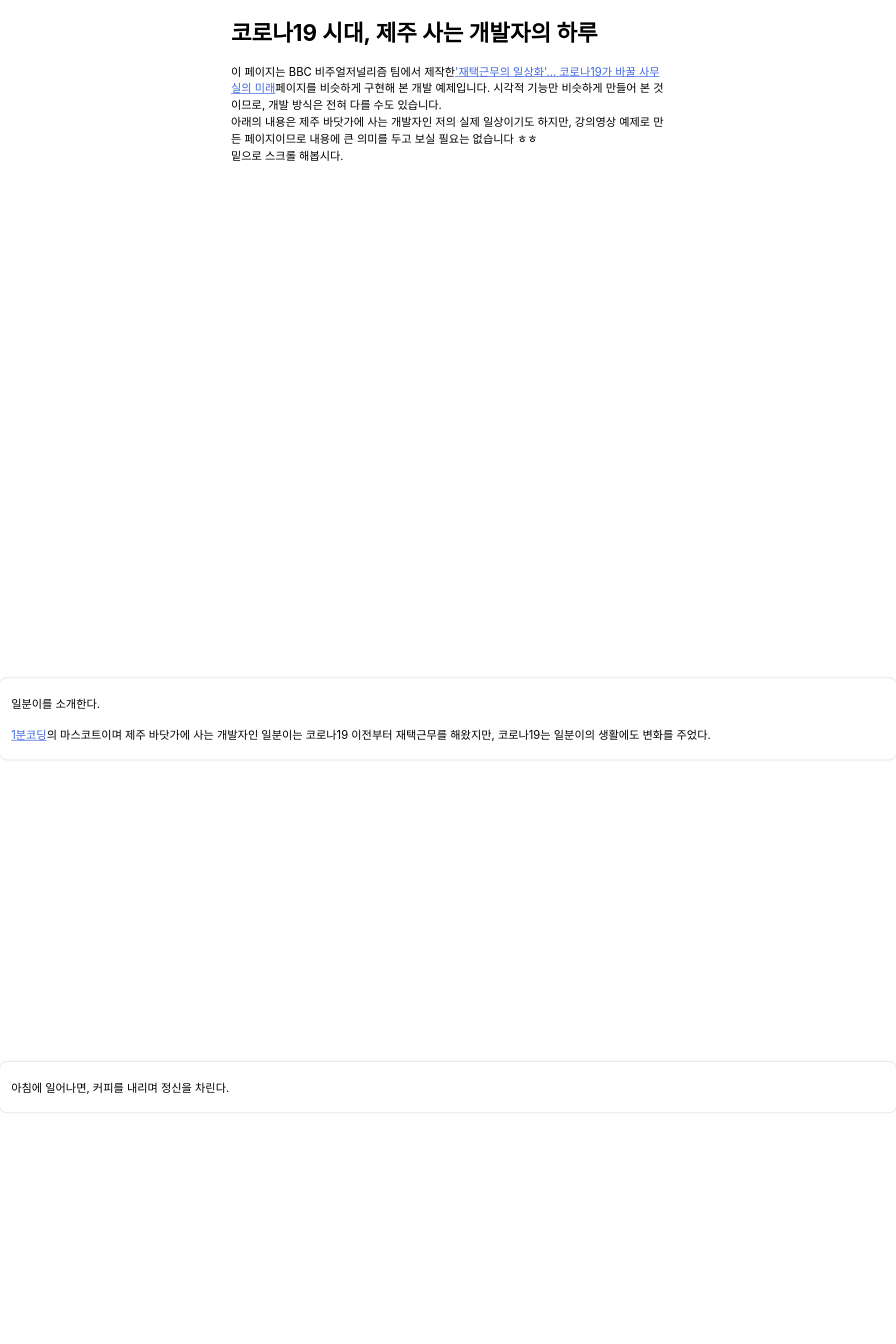
Repository: westone034626/ReactPractice
Page: /
The author's editor kept a copy of each file at every save. The page is drawn from the files as they stood at one save, then again after the next save.
The browser window is 1280 px wide. The pictures show the part of the page from y = 0 to 1920 px (the page is 6453 px tall), at 70% of full size.
The project was rebuilt for these pictures with package versions that can differ from the ones it lists, and the page was loaded fresh each time. Also part of the build but not shown: src/App.css.

Above is the page before, as saved 2021-10-31 23:31:32.

### src/App.js
import './App.css';
import styles from './App.module.css';

function App() {
  return (
    <div className={styles.body}>
      <div className={styles.header}>
        <div className={styles.globalWidth}>
          <h1 className={styles.pageTitle}>
            코로나19 시대, 제주 사는 개발자의 하루
          </h1>
          <p>
            이 페이지는 BBC 비주얼저널리즘 팀에서 제작한
            <a
              href="https://www.bbc.com/korean/resources/idt-48d3c9a7-4063-4289-9726-611b5ea9d7b5"
              target="_blank"
            >
              '재택근무의 일상화'... 코로나19가 바꿀 사무실의 미래
            </a>
            페이지를 비슷하게 구현해 본 개발 예제입니다. 시각적 기능만 비슷하게
            만들어 본 것이므로, 개발 방식은 전혀 다를 수도 있습니다.
            <br />
            아래의 내용은 제주 바닷가에 사는 개발자인 저의 실제 일상이기도
            하지만, 강의영상 예제로 만든 페이지이므로 내용에 큰 의미를 두고 보실
            필요는 없습니다 ㅎㅎ
            <br />
            밑으로 스크롤 해봅시다.
          </p>
        </div>
      </div>
      <div className={styles.scrollContent}>
        <div className={styles.scrollGraphic}>
          <div className={styles.graphicItem}>
            <img className={styles.sceneImg} src="img/00.png" alt="" />
          </div>
          <div className={styles.graphicItem}>
            <img className={styles.sceneImg} src="img/01.png" alt="" />
          </div>
          <div className={styles.graphicItem} data-action="birdFlies">
            <img className={styles.sceneImg} src="img/02.png" alt="" />
          </div>
          <div className={styles.graphicItem}>
            <img className={styles.sceneImg} src="img/bird.gif" alt="" />
          </div>
          <div className={styles.graphicItem}>
            <img className={styles.sceneImg} src="img/03.png" alt="" />
          </div>
          <div className={styles.graphicItem} data-action="birdFlies2">
            <img className={styles.sceneImg} src="img/04.png" alt="" />
          </div>
          <div className={styles.graphicItem}>
            <img className={styles.sceneImg} src="img/05.png" alt="" />
          </div>
          <div className={styles.graphicItem}>
            <img className={styles.sceneImg} src="img/06.png" alt="" />
          </div>
          <div className={styles.graphicItem}>
            <img className={styles.sceneImg} src="img/07.png" alt="" />
          </div>
          <div className={styles.graphicItem}>
            <img className={styles.sceneImg} src="img/08.png" alt="" />
          </div>
        </div>
        <div className={[styles.scrollText, styles.globalWidth]}>
          <div className={styles.step}>
            <p>
              일분이를 소개한다.
              <br />
              <br />
              <a href="https://studiomeal.com" target="_blank">
                1분코딩
              </a>
              의 마스코트이며 제주 바닷가에 사는 개발자인 일분이는 코로나19
              이전부터 재택근무를 해왔지만, 코로나19는 일분이의 생활에도 변화를
              주었다.
            </p>
          </div>
          <div className={styles.step}>
            <p>아침에 일어나면, 커피를 내리며 정신을 차린다.</p>
          </div>
          <div className={styles.step}>
            <p>
              사회적 거리두기를 위해 한적한 바닷길쪽으로 러닝을 한다.
              <br />
              가끔 만나는 바닷새와 눈인사를 나눈다.
            </p>
          </div>
          <div className={styles.step}>
            <p>맞다, 트위터의 걔.</p>
          </div>
          <div className={styles.step}>
            <p>운동을 마치고 집에 돌아와 작업을 시작한다.</p>
          </div>
          <div className={styles.step}>
            <p>
              밥은 집에서 먹거나, 테이크아웃이 가능한 메뉴를 골라 탁 트인
              야외에서 먹는다. 물론 사회적 거리두기를 하기 위함이다.
            </p>
          </div>
          <div className={styles.step}>
            <p>
              보통 오후 작업은 집 근처의 일하기 좋은 카페에서 해왔지만, 코로나19
              이후에는 집에서 하는 날이 많아졌다.
            </p>
          </div>
          <div className={styles.step}>
            <p>
              라면 매니아 답게 유튜브로
              <a
                href="https://www.youtube.com/channel/UCYzTR8jV9_xv1p25N2dNBQQ"
                target="_blank"
              >
                라면소녀
              </a>
              채널을 보며 간식으로 라면을 먹는다.
            </p>
          </div>
          <div className={styles.step}>
            <p>
              자기 전, 가끔
              <a
                href="https://www.youtube.com/channel/UCkTRKCuFrRiXQm_gMG1uDvg"
                target="_blank"
              >
                요가소년
              </a>
              채널을 보며 요가를 한다.
            </p>
          </div>
          <div className={styles.step}>
            <p>
              일과를 마치고
              <span className={styles.strikethrough}>폰질을 한다</span> 잠자리에
              든다.
            </p>
          </div>
        </div>
      </div>
      <div className={[styles.normalContent, styles.globalWidth]}>
        <h2>도시를 떠나는 사람들</h2>
        <p>
          원격근무 하시는 개발자 디자이너분들, 제주로 오세요. 진짜 좋아요. Lorem
          ipsum dolor sit amet consectetur adipisicing elit. Blanditiis ullam
          culpa ab, laborum repellat ut quae deleniti nostrum sapiente illum!
        </p>
        <h2>언택트 시대가 온다</h2>
        <p>
          언택트(Untact)'란 '콘택트(contact: 접촉하다)'에서 부정의 의미인
          '언(un-)을 합성한 말로, 기술의 발전을 통해 비대면으로 이루어지는 활동
          경향을 의미한다. Lorem ipsum dolor sit amet consectetur adipisicing
          elit. Nam provident voluptatum numquam dolorum, quod odio.
        </p>
        <h2>내일은 어떤 모습일까</h2>
        <p>
          똑같겠지 다를게 있나 Lorem, ipsum dolor sit amet consectetur
          adipisicing elit. Qui impedit numquam atque quidem quos facere
          obcaecati deleniti labore culpa esse nostrum dicta earum rem ducimus,
          voluptates eligendi voluptate exercitationem dolorem!
        </p>
      </div>
      <footer className={styles.globalFooter}>
        <a
          href="https://www.youtube.com/channel/UC_s1FC7s5YVwDImzv-WG93Q"
          target="blank"
        >
          1분코딩
        </a>
      </footer>
    </div>
  );
}

export default App;

### src/App.module.css
.body {
  margin: 0;
}

a {
  color: royalblue;
}

img {
  max-width: 100%;
  height: auto;
}

.globalWidth {
  max-width: 620px;
  margin: 0 auto;
  padding: 0 1rem;
}

.scrollGraphic {
  position: sticky;
  top: 0;
  height: 100vh;
}

.graphicItem {
  position: absolute;
  left: 0;
  top: 0;
  width: 100%;
  height: 100%;
  display: flex;
  justify-content: center;
  align-items: center;
  opacity: 0;
  transition: 0.5s;
}

.visible {
  opacity: 1;
}

.sceneImg {
  max-height: 100%;
}

.scrollText {
  position: relative;
  padding-bottom: 1px;
}

.step {
  margin-bottom: 60vh;
  background-color: rgba(255, 255, 255, 0.8);
  padding: 0.5rem 1rem;
  border-radius: 10px;
  box-shadow: rgba(0, 0, 0, 0.3) 0 0 3px;
}

Loaded but not shown: public/index.html (common file); src/index.js (common file); src/index.css (common file); src/reportWebVitals.js (common file)

After the next save:
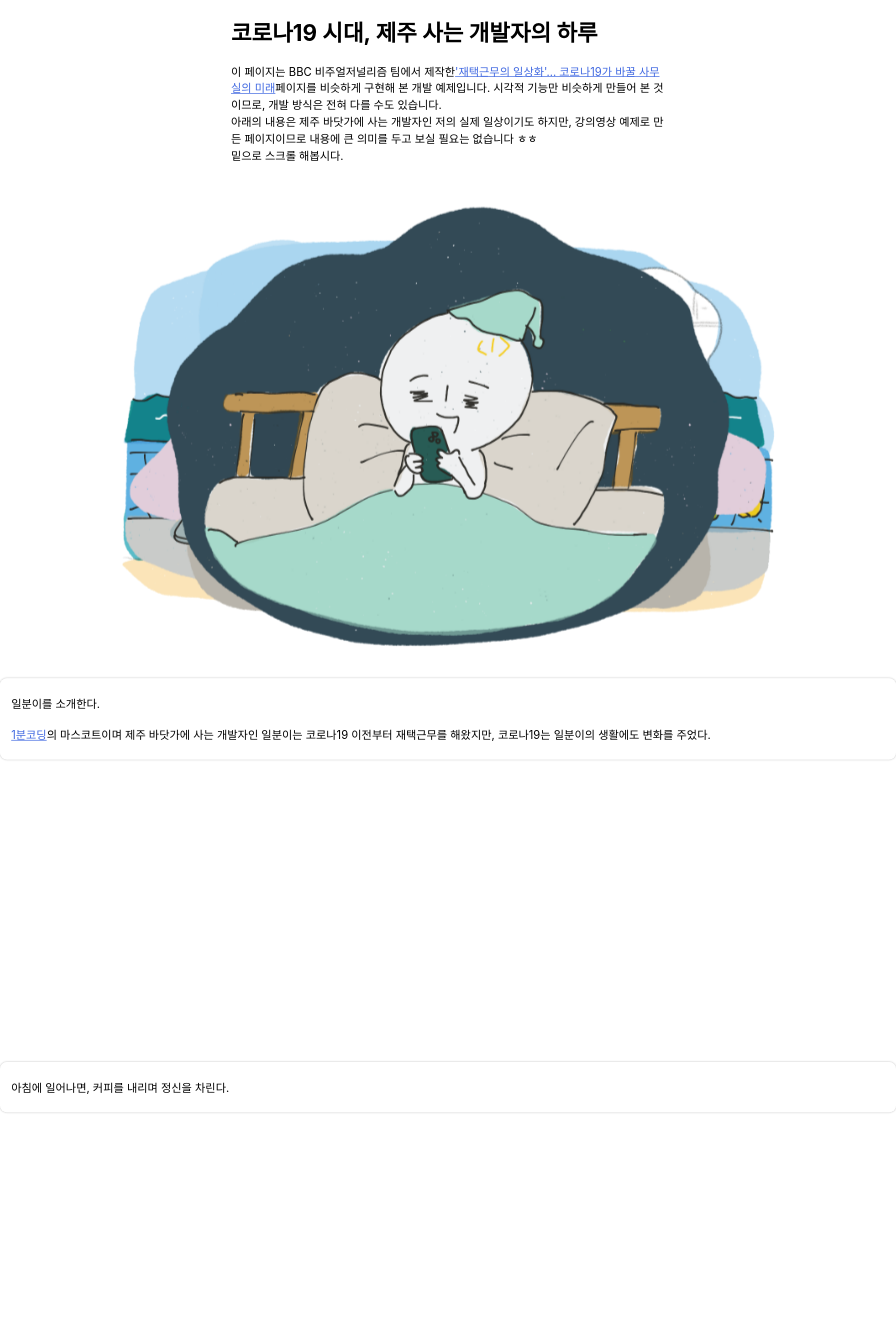
Saved 36 s later.
--- a/src/App.module.css
+++ b/src/App.module.css
@@ -32,13 +32,13 @@
   display: flex;
   justify-content: center;
   align-items: center;
-  opacity: 0;
+  /* opacity: 0; */
   transition: 0.5s;
 }
 
-.visible {
+/* .visible {
   opacity: 1;
-}
+} */
 
 .sceneImg {
   max-height: 100%;

After the 3 saves that followed:
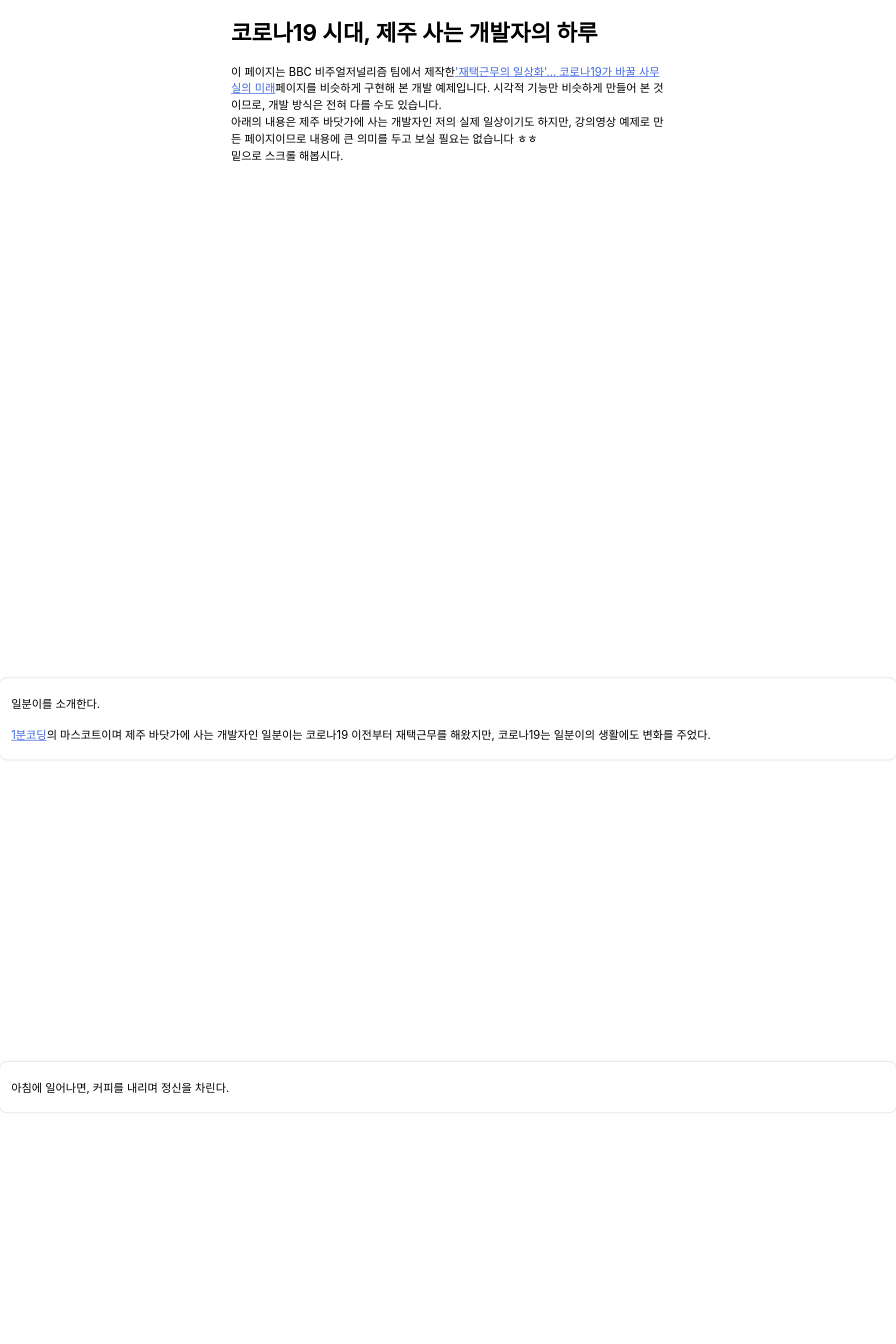
The 3 saves are shown as one change because 2 left the picture as it was.
The last was saved 2 min 18 s later.
--- a/src/App.module.css
+++ b/src/App.module.css
@@ -32,13 +32,13 @@
   display: flex;
   justify-content: center;
   align-items: center;
-  /* opacity: 0; */
+  opacity: 0;
   transition: 0.5s;
 }
 
-/* .visible {
+.visible {
   opacity: 1;
-} */
+}
 
 .sceneImg {
   max-height: 100%;
